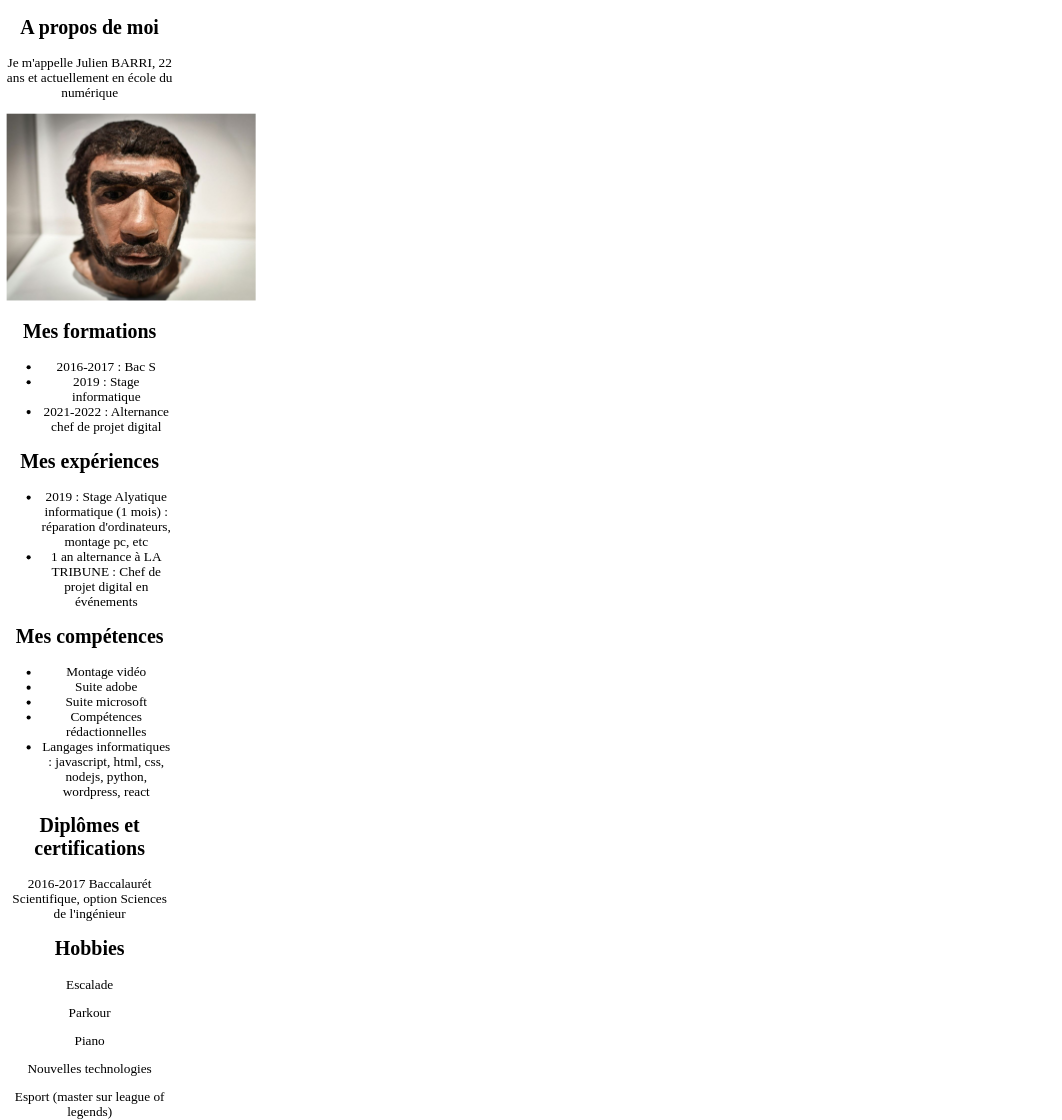
Repository: barridev/cours_devops.github.io
Page: index.html
The author's editor kept a copy of each file at every save. The page is drawn from the files as they stood at one save, then again after the next save.
The browser window is 1280 px wide. The pictures show the whole page, at 83% of full size.

Above is the page before, as saved 2022-06-13 15:35:14.

After the next save:
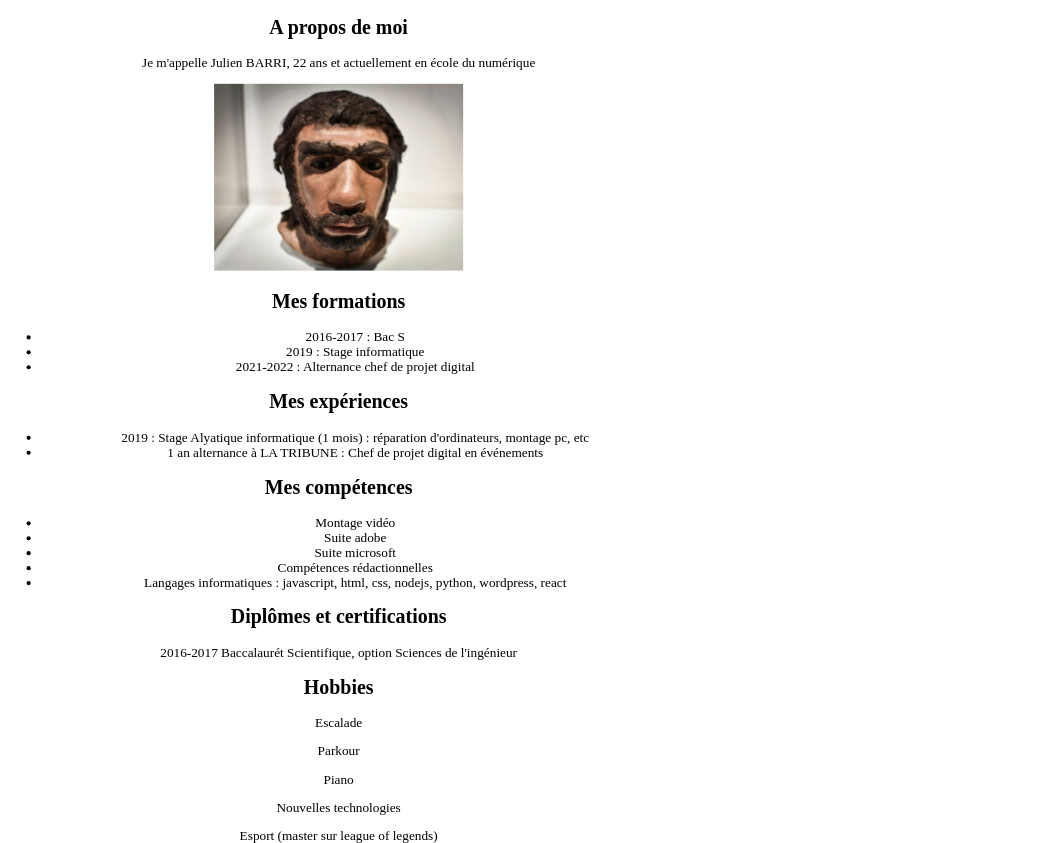
Saved 7 s later.
--- a/style.css
+++ b/style.css
@@ -3,7 +3,7 @@
 }
 
 .div_global {
-    width: 200px;
+    width: 800px;
     height: 200px;
 
 }
